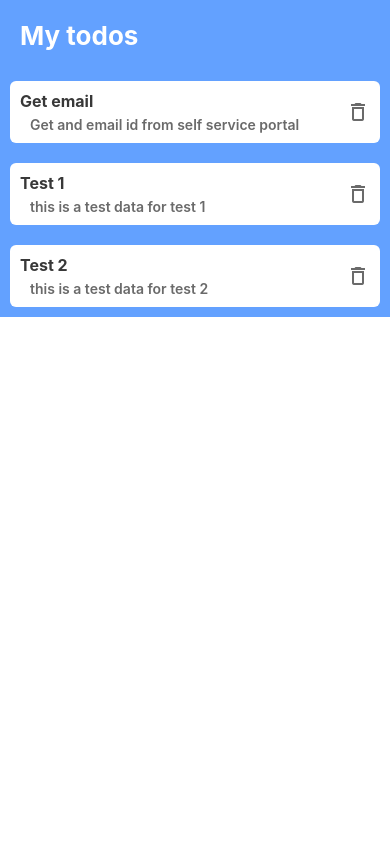
Repository: sadarsh216/Todo-App
Screen: /
The author's editor kept a copy of each file at every save. The screen is drawn from the files as they stood at one save, then again after the next save.
The app was drawn by React Native's web renderer in a window 390 px wide. The project was rebuilt for these pictures with package versions that can differ from the ones it lists, and the page was loaded fresh each time.

Above is the screen before, as saved 2021-10-09 13:15:09.

### App.tsx
import { StatusBar } from "expo-status-bar";
import React from "react";
import { SafeAreaView, ScrollView, StyleSheet, Text, View } from "react-native";
import Todos from "./Pages/Todos";

export default function App() {
  return (
    <SafeAreaView>
      <View style={styles.container}>
        <ScrollView>
          <Text style={styles.heading}>My todos</Text>
          <Todos />
        </ScrollView>
      </View>
    </SafeAreaView>
  );
}

const styles = StyleSheet.create({
  container: {
    height: "100%",
    backgroundColor: "#63a1ff",
  },
  heading: {
    color: "white",
    fontSize: 26,
    fontWeight: "bold",
    margin: 20,
  },
});

### Pages/Todos.tsx
import React from "react";
import { View, Text, StyleSheet, TouchableOpacity } from "react-native";
import { MaterialCommunityIcons } from "@expo/vector-icons";
import { FAB } from "react-native-paper";

export default function Todos() {
  const [todos, setTodos] = React.useState([
    {
      title: "Get email",
      description: "Get and email id from self service portal",
      id: 0,
    },
    { title: "Test 1", description: "this is a test data for test 1", id: 1 },
    { title: "Test 2", description: "this is a test data for test 2 ", id: 2 },
  ]);
  const deleteTodo = () => {
    alert("deleted");
  };
  return (
    <>
      {todos.map((item, key) => (
        <View key={item.id} style={styles.card}>
          <View style={styles.details}>
            <Text style={styles.title}>{item.title}</Text>
            <Text style={styles.desc}>{item.description}</Text>
          </View>
          <View style={styles.deleteSection}>
            <TouchableOpacity onPress={deleteTodo}>
              <MaterialCommunityIcons
                name="delete-outline"
                size={24}
                color="#6a6a6a"
              />
            </TouchableOpacity>
          </View>
        </View>
      ))}
    </>
  );
}

const styles = StyleSheet.create({
  card: {
    display: "flex",
    flexDirection: "row",
    backgroundColor: "#fff",
    margin: 10,
    borderRadius: 6,
    elevation: 4,
    padding: 10,
  },
  title: {
    fontSize: 16,
    marginBottom: 5,
    fontWeight: "bold",
    color: "#383838",
  },
  desc: {
    paddingHorizontal: 10,
    fontWeight: "600",
    color: "#6a6a6a",
  },
  details: {
    flex: 2,
  },
  deleteSection: {
    justifyContent: "center",
  },
});

After the next save:
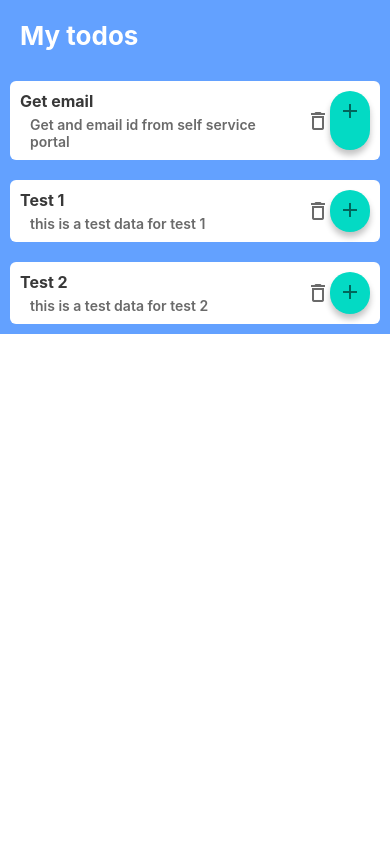
Saved 15 s later.
--- a/Pages/Todos.tsx
+++ b/Pages/Todos.tsx
@@ -33,6 +33,12 @@ export default function Todos() {
               />
             </TouchableOpacity>
           </View>
+          <FAB
+            style={styles.fab}
+            small
+            icon="plus"
+            onPress={() => console.log("Pressed")}
+          />
         </View>
       ))}
     </>
